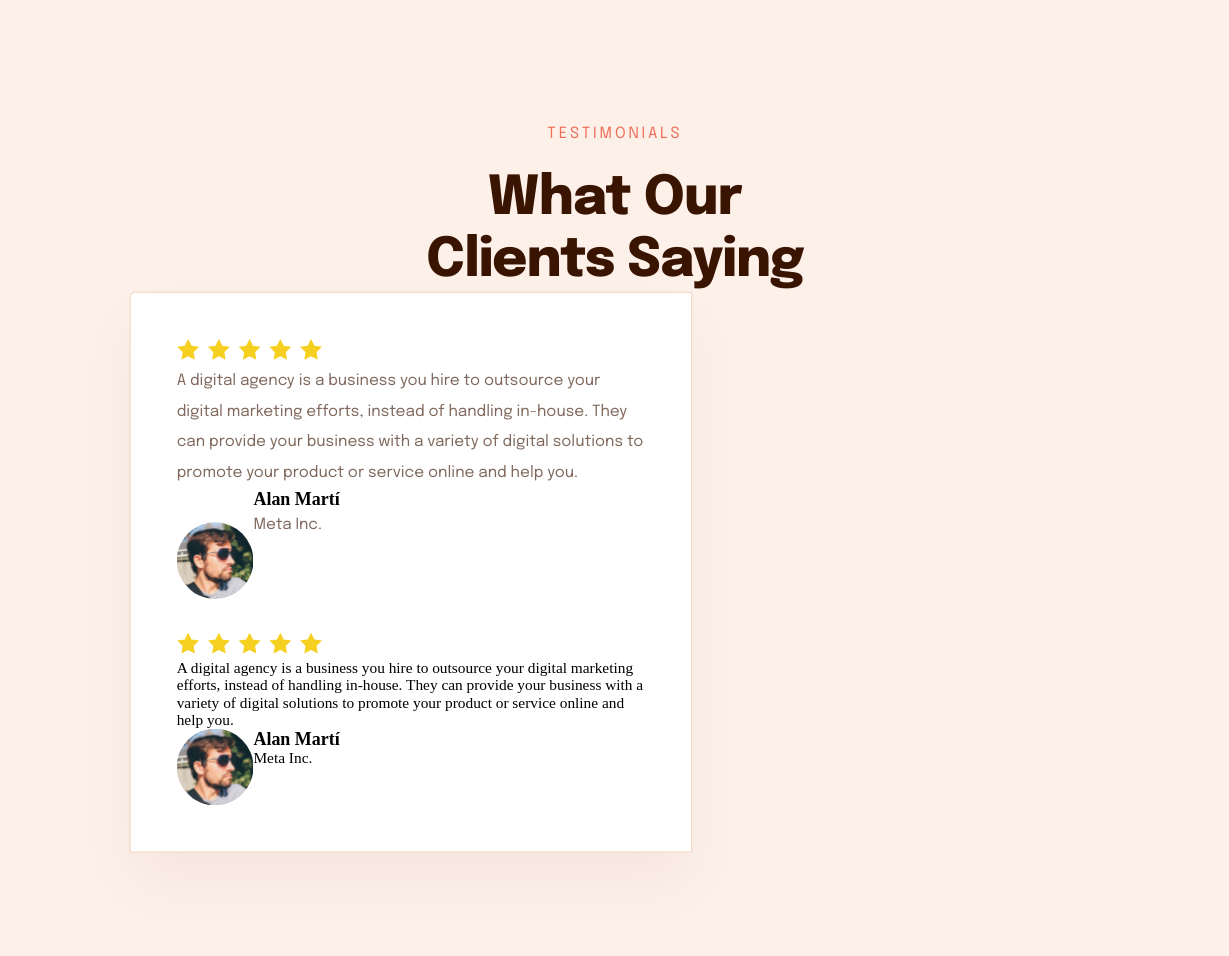
Repository: simralgasimov/task
Page: index.html
The author's editor kept a copy of each file at every save. The page is drawn from the files as they stood at one save, then again after the next save.
The browser window is 1280 px wide. The pictures show the whole page, at 96% of full size.

Above is the page before, as saved 2023-09-06 13:31:19.

After the next save:
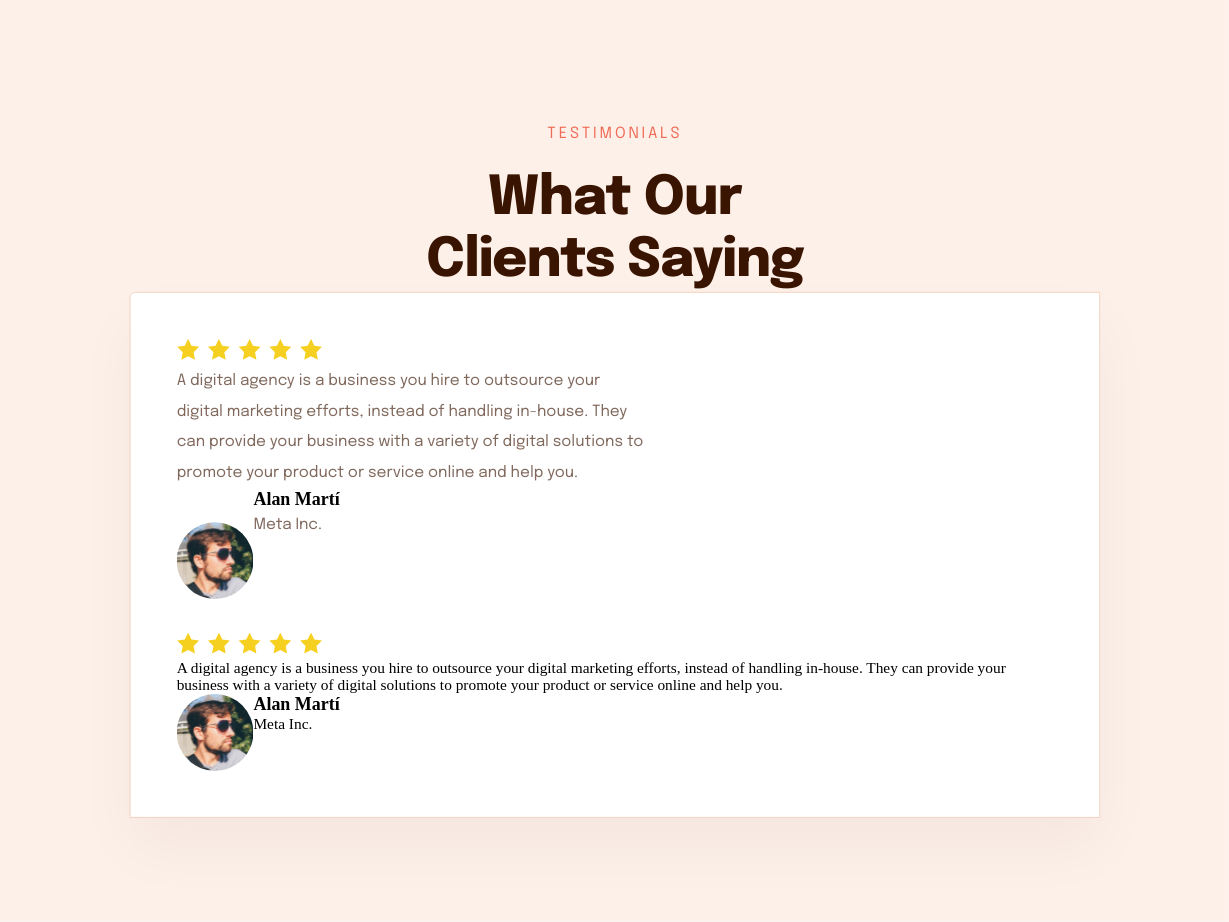
Saved 36 s later.
--- a/index.css
+++ b/index.css
@@ -39,7 +39,7 @@
 
 .container .comment {
   padding: 48px 48px;
-  width: 586px;
+
   border-radius: 6px 0px 0px 0px;
   border: 1px solid #f3d1bf;
   background: #fff;
